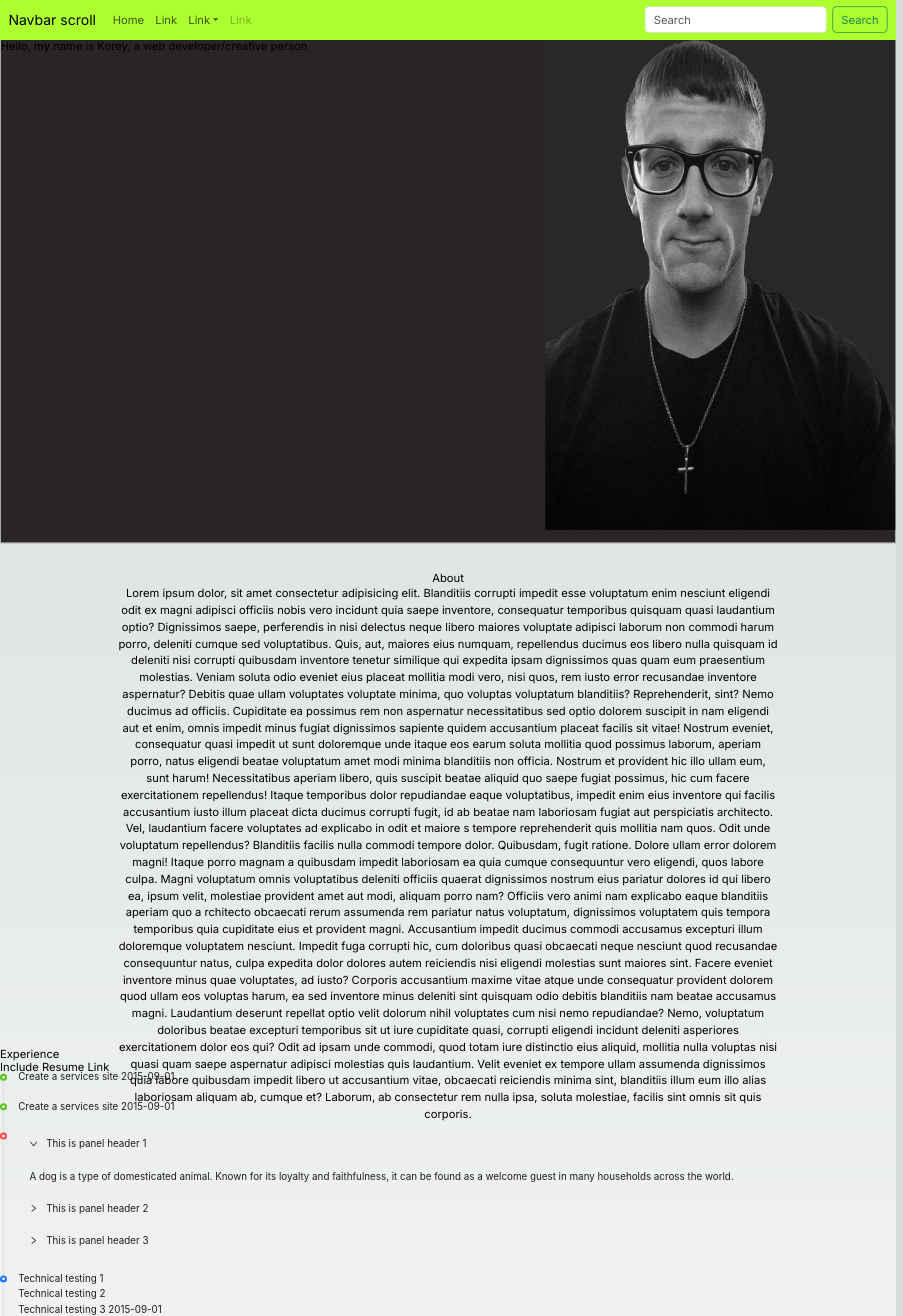
Repository: devkthines/next-portfolio-v2
Page: /
These files come from the project's save history. The page is drawn as it stood at one moment and after a run of saves; the edit follows.
The browser window is 1280 px wide. The page is 1280 px wide, then 1290 px, so the pictures cover 1290 px, including what lies to the right of the window. The pictures show the part of the page from y = 0 to 1880 px (the page is 2936 px tall), at 70% of full size.
The project was rebuilt for these pictures with package versions that can differ from the ones it lists, and the page was loaded fresh each time. The framework's server and built-in components were replaced by stand-ins that run in the browser. Also part of the build but not shown: next.config.js.

Above is the page before, as saved 2023-09-14 21:42:29.

After the next 3 saves:
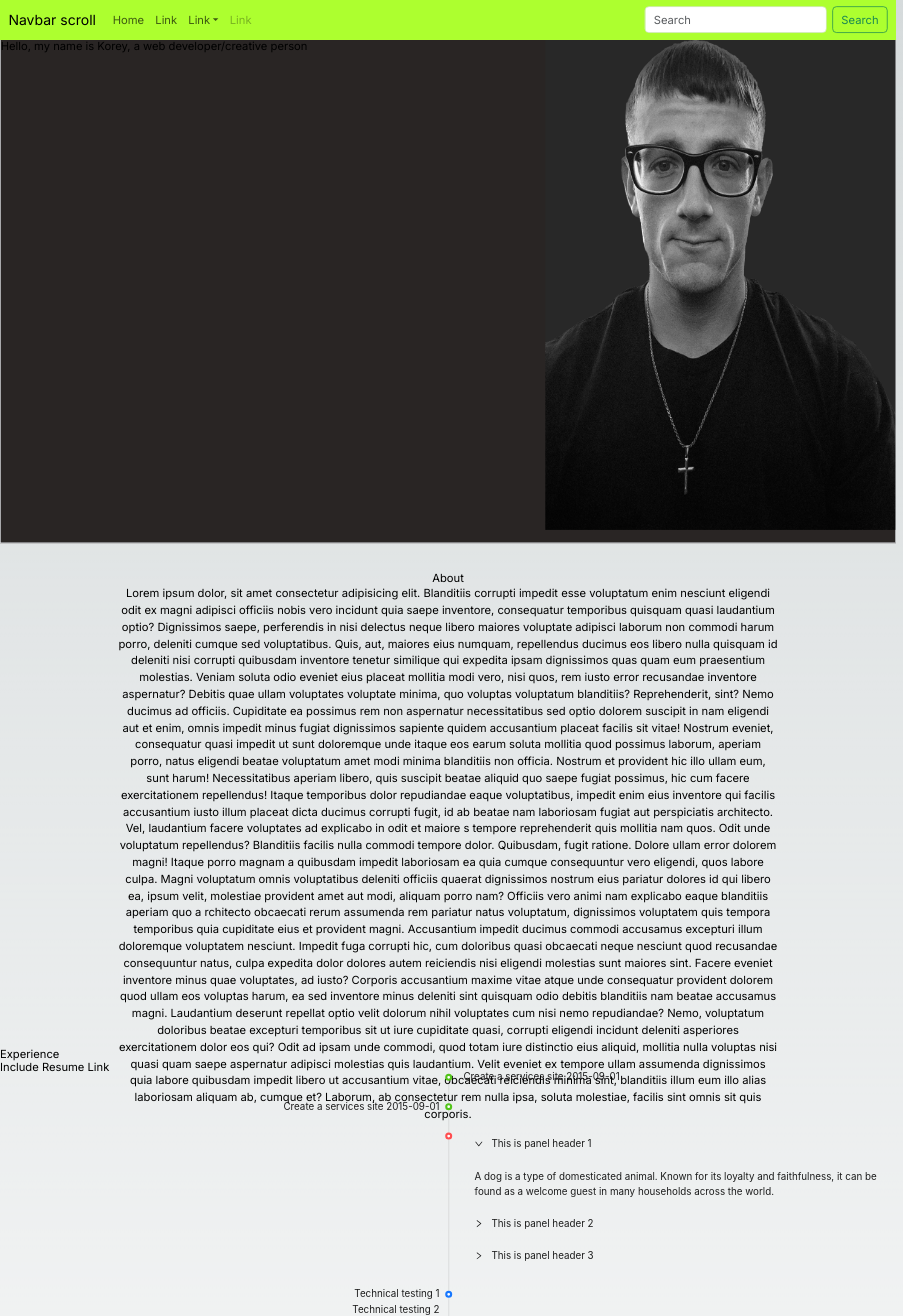
The 3 saves are shown as one change because they came seconds apart.
The last was saved 43 s later.
--- a/src/app/components/timeline.js
+++ b/src/app/components/timeline.js
@@ -32,6 +32,7 @@ export default function Resume(){
   return(
         <>
    <Timeline
+   mode='alternate'
     items={[
       {
         color: 'green',
